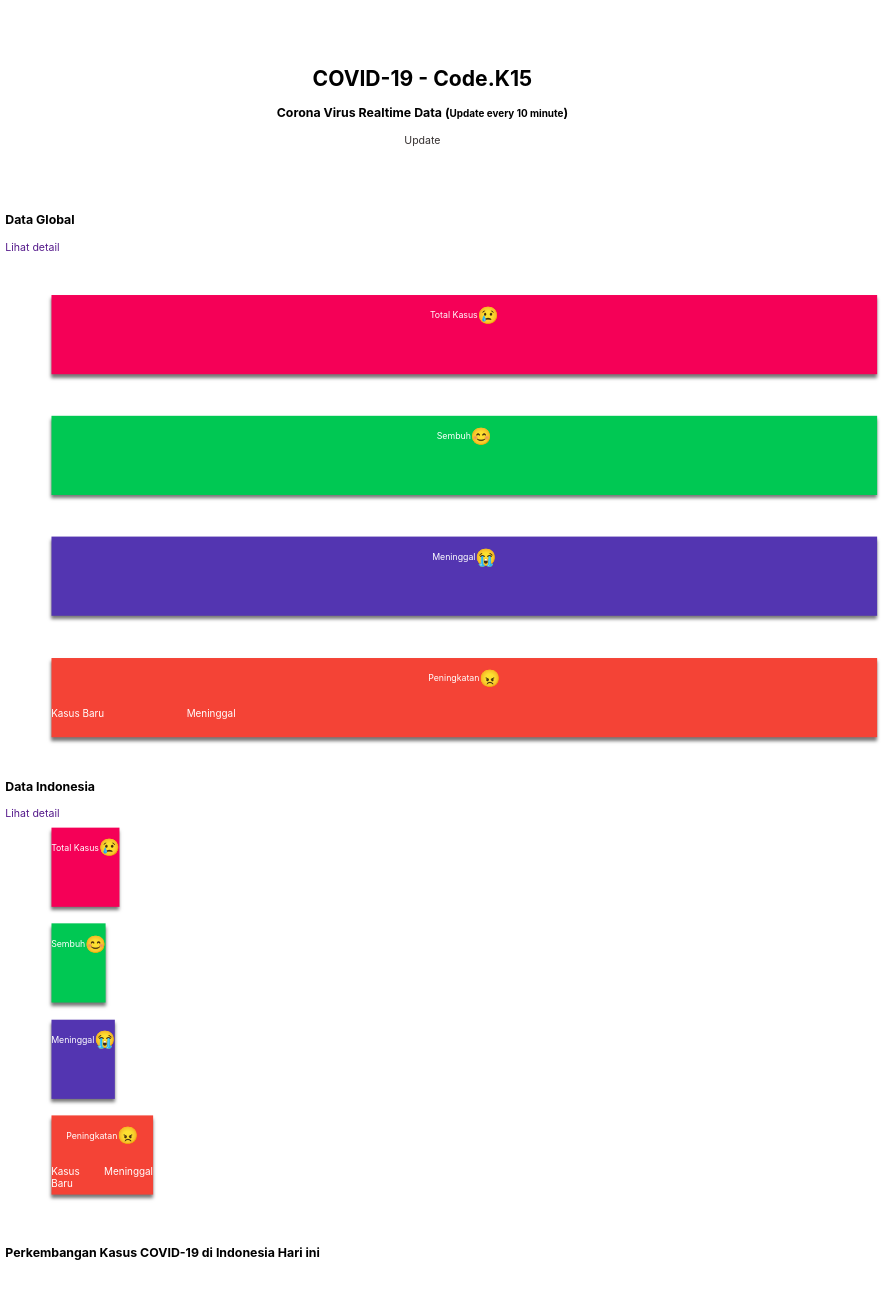
Repository: fathur15/covid19-monitoring
Page: http://localhost/covid19/apps/views/data/main/dashboard.php
These files come from the project's save history. The page is drawn as it stood at one moment and after the next save; the edit follows.
The browser window is 1280 px wide. The page is 1335 px wide, then 1348 px, so the pictures cover 1348 px, including what lies to the right of the window. The pictures show the whole page, at 66% of full size.
The page is run by PHP 8.4 with error messages shown; the project is at /var/www/html/.

Above is the page before, as saved 2020-04-17 11:23:32.

### apps/views/data/main/dashboard.php

<style>
    *{
        font-family: -apple-system, BlinkMacSystemFont, 'Segoe UI', Roboto, Oxygen, Ubuntu, Cantarell, 'Open Sans', 'Helvetica Neue', sans-serif
    }
    .resume p, h5{
        color: white;
        font-weight: 400;
    }
    .shadow-box{
        -webkit-box-shadow: 0 15px 10px #777;
        -moz-box-shadow: 0 15px 10px #777;
        box-shadow: 0 5px 5px #777;

    }
    .content-main-wrapper{
        margin: 5% 0;
    }
    /* .shadow-box:after{
        -webkit-transform: rotate(3deg);
        -moz-transform: rotate(3deg);
        -o-transform: rotate(3deg);
        -ms-transform: rotate(3deg);
        transform: rotate(3deg);
        right: 10px;
        left: auto;
    } */

</style>
<div class="content">
    <div class="heading" style="margin: 100px 30%; text-align: center">
        <h1>COVID-19 - Code.K15</h1>
        <h3>Corona Virus Realtime Data (<small style="font-size: 15px">Update every 10 minute</small>)</h3>
        <p id="date-update" style="color: #353030;">Update</p>
    </div>
    <div class="main">
        <div class="container">
            <div class="row content-main-wrapper">
                <div class="head-main-content">
                    <h3>Data Global</h3>
                    <a style="text-decoration: none" href="">Lihat detail  <i class="fas fa-long-arrow-alt-right" aria-hidden="true"></i></a>
                </div>
                <div id="resumeGlobal" class="row resume" style="width: 100%; margin: 0 5%" >
                        <div class="card col-sm-3 shadow-box" style="background: #f50057; margin:5% 0.5%; align-items: center; height: 120px ">
                            <div class="card-body">
                                <div style="flex-direction: row; display: flex; justify-content: center; align-items: center">
                                    <h5 id="title-kasus-global" class="card-text">Total Kasus</h5>
                                    <span style="color: black; font-size: 25px; text-shadow: 0 0 0 yellow">&#x1F622</span>
                                </div>
                                <p class="card-text" id="kasus-global"></p>
                            </div>
                        </div>
                        <div class="col-sm-3 shadow-box" style="background: #00c853; margin: 5% 0.5%; align-items: center; height: 120px ">
                            <div class="card-body">
                                <div style="flex-direction: row; display: flex; justify-content: center; align-items: center">
                                    <h5 id="title-kasus-global" class="card-text">Sembuh</h5>
                                    <span style="color: black; font-size: 25px; text-shadow: 0 0 0 yellow">&#x1F60A</span>
                                </div>
                                <p class="card-text" id="sembuh-global"></p>
                                <!-- <p style="">Orang</p> -->
                            </div>
                        </div>
                        <div class=" card col-sm-3 shadow-box" style="margin:5% 0.5%;height: 120px;align-items: center;  background :#5335b1">
                            <div class="card-body">
                                <div style="flex-direction: row; display: flex; justify-content: center; align-items: center;">
                                    <h5 id="title-kasus-global" class="card-text">Meninggal</h5>
                                    <span style="color: black; font-size: 25px; text-shadow: 0 0 0 yellow">&#x1F62D</span>
                                </div>
                                <p class="card-text" id="meninggal-global"></p>
                                <!-- <p style="">Orang</p> -->
                            </div>
                        </div>
                        <div class="card col-sm-3 shadow-box" style="margin:5% 0.5%; height: 120px; background: #f44336">
                            <div class="card-body">
                                <div style="flex-direction: row; display: flex; justify-content: center; align-items: center;">
                                    <h5 id="title-kasus-global" class="card-text">Peningkatan</h5>
                                    <span style="color: black; font-size: 25px; text-shadow: 0 0 0 yellow">&#x1F620</span>
                                </div>
                                <div style="flex-direction: row; display: flex;">
                                    <p style="font-size: 15px">Kasus Baru</p>
                                    <p style="margin-left: 10%; font-size: 15px">Meninggal </p>
                                </div>
                                <div style="display: flex; margin-top: -9%">
                                    <p style="font-size: 15px" class="card-text" id="kasus-baru-global"></p>
                                    <p style="margin-left: 10%; font-size: 15px" class="card-text" id="meninggal-baru-global"></p>
                                </div>
                            </div>
                        </div>
                    </div>
                </div>
            <div class="row content-main-wrapper" >
                <div class="head-main-content">
                    <h3>Data Indonesia</h3>
                    <a style="text-decoration: none" href="">Lihat detail  <i class="fas fa-long-arrow-alt-right" aria-hidden="true"></i></a>
                </div>
                 <div id="resumeIndonesia" class="row resume" style="width: 100%; margin: 0 5%;" >
                    <div class ="col-sm-12 col-md-6 col-lg-6 col-xl-3">
                        <div class="card shadow-box" style="background: #f50057; margin: 1% 0.5%; display: inline-block; align-items: center; height: 120px ">
                            <div class="card-body">
                                <div style="flex-direction: row; display: flex; justify-content: center; align-items: center">
                                    <h5 id="title-kasus-indonesia" class="card-text">Total Kasus</h5>
                                    <span style="color: black; font-size: 25px; text-shadow: 0 0 0 yellow">&#x1F622</span>
                                </div>
                                <p style="font-size: 14px" class="card-text" id="kasus-indonesia"></p>
                            </div>
                        </div>
                    </div>
                    <div class ="col-sm-12 col-md-6 col-lg-6 col-xl-3">
                        <div class="card shadow-box" style="background: #00c853; margin: 1% 0.5%; display: inline-block; align-items: center; height: 120px ">
                            <div class="card-body">
                                <div style="flex-direction: row; display: flex; justify-content: center; align-items: center">
                                    <h5 id="title-kasus-indonesia" class="card-text">Sembuh</h5>
                                    <span style="color: black; font-size: 25px; text-shadow: 0 0 0 yellow">&#x1F60A</span>
                                </div>
                                <p class="card-text" id="sembuh-indonesia"></p>
                            </div>
                        </div>
                    </div>
                    <div class ="col-sm-12 col-md-6 col-lg-6 col-xl-3">
                        <div class="card shadow-box" style="margin: 1% 0.5%; display: inline-block; height: 120px;align-items: center; background :#5335b1">
                            <div class="card-body">
                                <div style="flex-direction: row; display: flex; justify-content: center; align-items: center;">
                                    <h5 id="title-kasus-indonesia" class="card-text">Meninggal</h5>
                                    <span style="color: black; font-size: 25px; text-shadow: 0 0 0 yellow">&#x1F62D</span>
                                </div>
                                <p class="card-text" id="meninggal-indonesia"></p>
                            </div>
                        </div>
                    </div>
                    <div class ="col-sm-12 col-md-6 col-lg-6 col-xl-3">
                        <div class="card shadow-box" style="margin: 1% 0.5%; display: inline-block; height: 120px; background: #f44336">
                            <div class="card-body">
                                <div style="flex-direction: row; display: flex; justify-content: center; align-items: center;">
                                    <h5 id="title-kasus-indonesia" class="card-text">Peningkatan</h5>
                                    <span style="color: black; font-size: 25px; text-shadow: 0 0 0 yellow">&#x1F620</span>
                                </div>
                                <div style="flex-direction: row; display: flex;">
                                    <p style="font-size: 15px">Kasus Baru</p>
                                    <p style="margin-left: 10%; font-size: 15px">Meninggal </p>
                                </div>
                                <div style="display: flex; margin-top: -9%">
                                    <p style="font-size: 15px" class="card-text" id="kasus-baru-indonesia"></p>
                                    <p style="margin-left: 10%; font-size: 15px" class="card-text" id="meninggal-baru-indonesia"></p>
                                </div>
                            </div>
                        </div>
                    </div>
                </div>
            </div>
            <div class="row content-main-wrapper" >
                <div class="head-main-content">
                    <h3>Perkembangan Kasus COVID-19 di Indonesia Hari ini</h3>
                </div>
            </div>
        </div>
    </div>
</div>

After the next save:
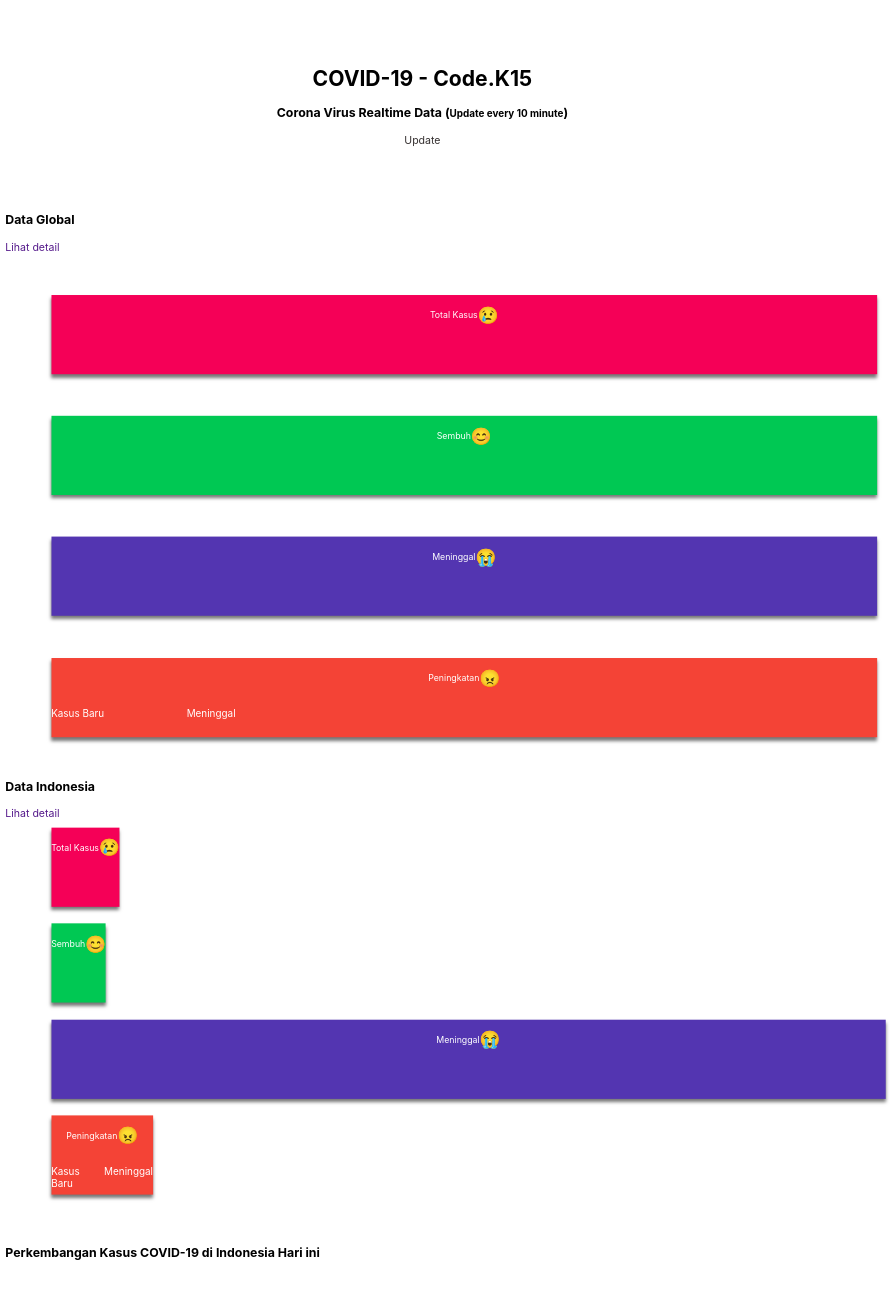
Saved 41 s later.
--- a/apps/views/data/main/dashboard.php
+++ b/apps/views/data/main/dashboard.php
@@ -117,7 +117,7 @@
                         </div>
                     </div>
                     <div class ="col-sm-12 col-md-6 col-lg-6 col-xl-3">
-                        <div class="card shadow-box" style="margin: 1% 0.5%; display: inline-block; height: 120px;align-items: center; background :#5335b1">
+                        <div class="card shadow-box" style="width: 100%; margin: 1% 0.5%; display: inline-block; height: 120px;align-items: center; background :#5335b1">
                             <div class="card-body">
                                 <div style="flex-direction: row; display: flex; justify-content: center; align-items: center;">
                                     <h5 id="title-kasus-indonesia" class="card-text">Meninggal</h5>
